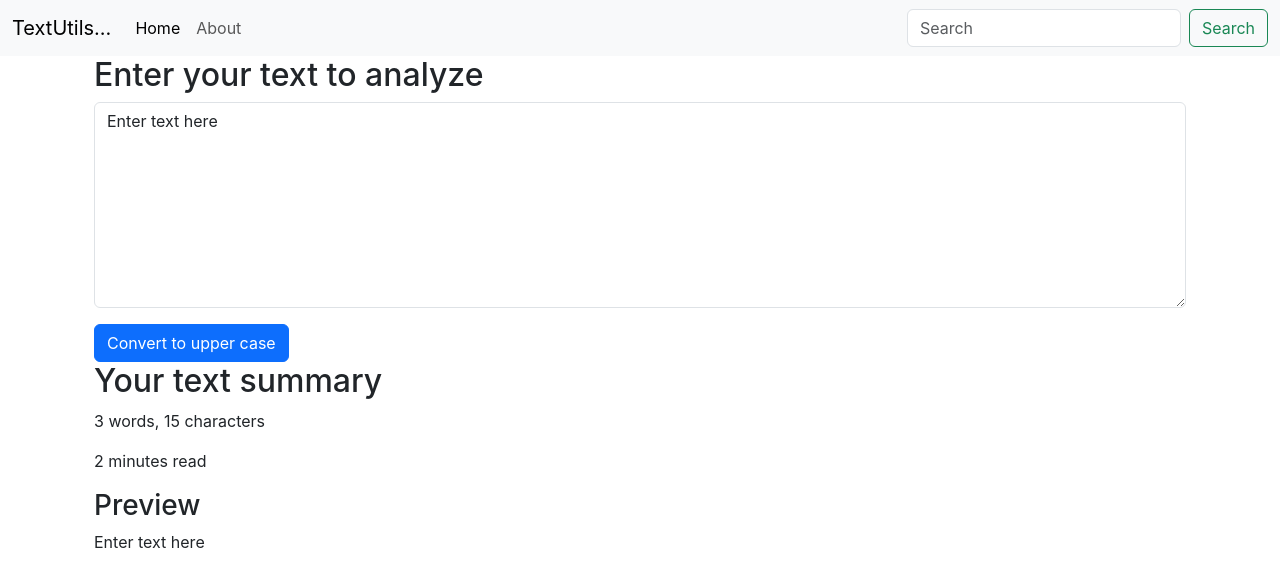
Repository: SujanNagaju/react-demo
Page: /
These files come from the project's save history. The page is drawn as it stood at one moment and after the next save; the edit follows.
The browser window is 1280 px wide. The pictures show the whole page.
The project was rebuilt for these pictures with package versions that can differ from the ones it lists, and the page was loaded fresh each time. Also part of the build but not shown: src/App.css.

Above is the page before, as saved 2024-12-29 14:01:23.

After the next save:
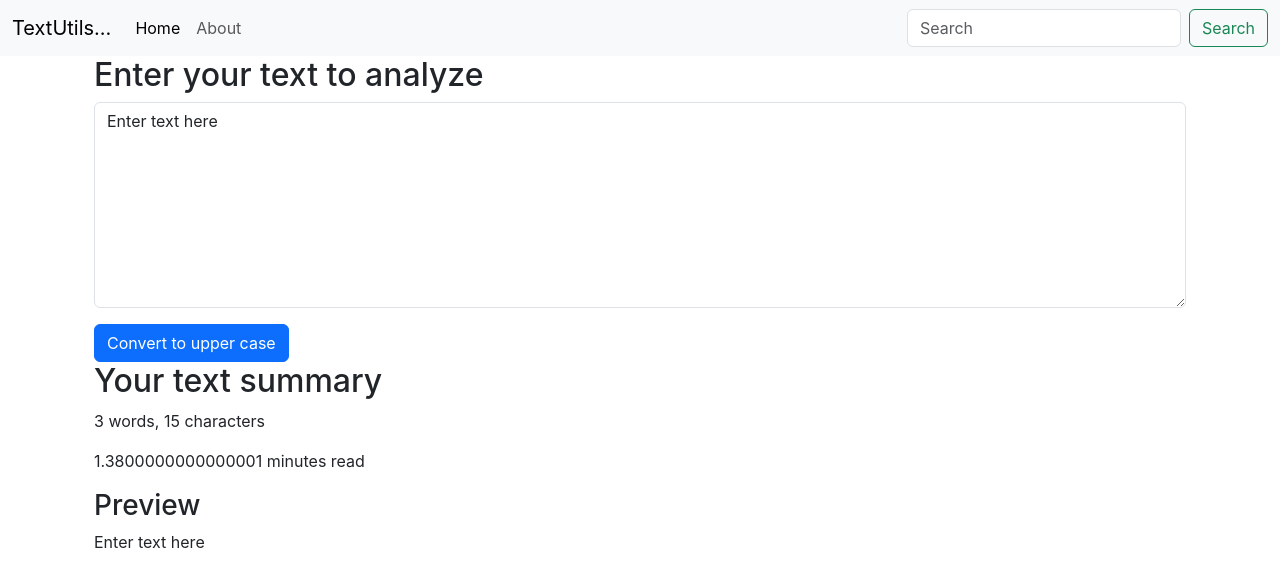
Saved 2 min 50 s later.
--- a/src/components/TextForm.js
+++ b/src/components/TextForm.js
@@ -26,7 +26,7 @@
       <div className="container">
         <h2>Your text summary</h2>
         <p>{text.split(" ").length} words, {text.length} characters</p>
-        <p>2 minutes read</p>
+        <p>{0.46 * text.split(" ").length} minutes read</p>
 
         <h3>Preview</h3>
         <p>{text}</p>
